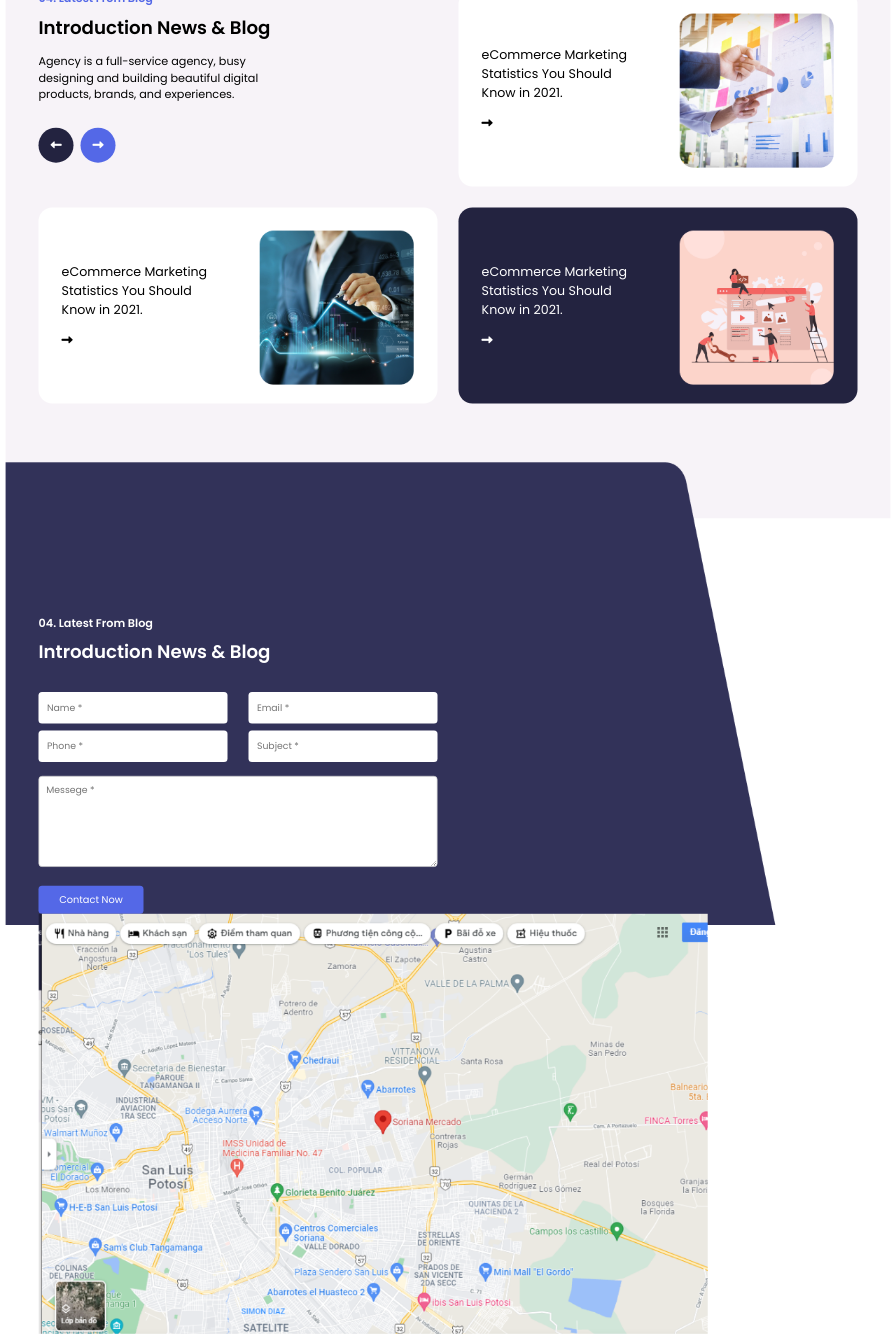
Repository: tranchi0120/LangdingPage-Htmlcss-Ago
Page: index.html
The author's editor kept a copy of each file at every save. The page is drawn from the files as they stood at one save, then again after the next save.
The browser window is 1280 px wide. The pictures show the part of the page from y = 3609 to 5529 px (the page is 5529 px tall), at 70% of full size.
Some web libraries are served in a nearby version. The style sheet was rebuilt from its Sass, Less or Tailwind sources for each picture, by a compiler version that may differ from the author's.

Above is the page before, as saved 2022-07-15 10:11:40.

### index.html
<!DOCTYPE html>
<html lang="en">

<head>
    <meta charset="UTF-8" />
    <meta http-equiv="X-UA-Compatible" content="IE=edge" />
    <meta name="viewport" content="width=device-width, initial-scale=1.0" />
    <title>Ago</title>
    <!-- css -->
    <link rel="stylesheet" href="./css/app.css" />
    <!-- google font  -->
    <link rel="preconnect" href="https://fonts.googleapis.com" />
    <link rel="preconnect" href="https://fonts.gstatic.com" crossorigin />
    <link href="https://fonts.googleapis.com/css2?family=Poppins:wght@400;600&display=swap" rel="stylesheet" />
    <!-- google icon awaresome -->
    <link rel="stylesheet" href="https://cdnjs.cloudflare.com/ajax/libs/font-awesome/6.1.1/css/all.min.css">
    <!-- sass ./sass/app.scss ./css/app.css --watch -->
</head>

<body>
    <header class="header">
        <div class="header-top container">
            <span class="header-top-title">
                Welcome to Ago! Building Creative Business Agency
            </span>
            <div class="header-top-right">
                <div class="header-login">
                    <i class="fa-solid fa-user"></i>
                    <a href="#!" style="color:#666666">Login</a>
                </div>
                <div class="header-nation">
                    <i class="fa-solid fa-globe"></i>
                    <span class="header-language">English</span>
                    <i class="fa-solid fa-angle-down"></i>
                </div>
            </div>
        </div>
        <div class="header-line">
        </div>
        <div class="header-under container">
            <div class="header-under-logo">
                <div class="header-under-image">
                    <img class="header-under-img" src="./images/logo.png" alt="#">
                </div>
                <span class="header-under-name">Ago</span>
            </div>
            <div class="header-menu">
                <ul class="menu">
                    <li class="menu-item">
                        <a href="#" class="menu-link">Home</a>
                    </li>
                    <li class="menu-item">
                        <a href="#" class="menu-link">Features</a>
                        <i class="fa-solid fa-angle-down"></i>
                    </li>
                    <li class="menu-item">
                        <a href="#" class="menu-link">Services</a>
                    </li>
                    <li class="menu-item">
                        <a href="#" class="menu-link">Pages</a>
                    </li>
                    <li class="menu-item">
                        <a href="#" class="menu-link">Blog</a>
                    </li>
                    <li class="menu-item">
                        <a href="#" class="menu-link">Support</a>
                    </li>
                </ul>
                <div class="menu-button">
                    <i class="fa-solid fa-magnifying-glass menu-icon"></i>
                    <div class="button">Contact Us</div>
                </div>
            </div>
        </div>
    </header>
    <main>
        <section class="hero">
            <div class="container">
                <div class="hero-main">
                    <div class="hero-left">
                        <div class="hero-title">
                            Trusted Professional Service.
                        </div>
                        <span class="hero-content">
                            Ago is a full-service agency, busy designing and building beautiful digital products,
                            brands, and
                            experiences.
                        </span>
                        <div class="hero-button">
                            <div class="button">Recent Work</div>
                        </div>
                        <div class="hero-down">
                            <div class="hero-icondown">
                                <i style="color:#ffffff ;" class="fa-solid fa-arrow-down"></i>
                            </div>
                            <p class="hero-scroll">
                                Scroll Down
                            </p>
                        </div>
                    </div>
                    <div class="hero-right">
                        <img src="./images/hero.png" alt="#">
                    </div>
                </div>
            </div>
        </section>
        <section class="about">
            <div class="container">
                <div class="about-main">
                    <div class="about-images">
                        <img src="./images/about1.png" alt="#" class="about-img1">
                        <img src="./images/about2.png" alt="#" class="about-img2">
                        <img src="./images/about3.png" alt="#" class="about-img3">
                    </div>
                    <div class="about-us">
                        <h5 class="about-number">
                            01. About Us
                        </h5>
                        <div class="about-title">
                            We Make Designs that Lead and Inpire.
                        </div>
                        <div class="about-name">
                            A design team building a created
                            marketplace for UI designers.
                        </div>
                        <div class="about-content">
                            2,360 curated design resources to energize your creative workflow. We're a growing family of
                            682,268 designers and makers from around the world
                        </div>
                        <div class="menu-button">
                            <div class="button">Contact Us</div>
                        </div>
                    </div>
                </div>
            </div>
        </section>
        <section class="interactive">
            <div class="container">
                <div class="interactive-main">
                    <h5 class="interactive-number">
                        02. What We Do
                    </h5>
                    <div class="interactive-title">
                        <span class="interactive-name">
                            We Make Designs that Lead and Inpire.
                        </span>
                        <i class="fa-solid fa-left-long interactive-iconleft"></i>
                        <i class="fa-solid fa-right-long"></i>
                    </div>
                    <div class="interactive-group">
                        <div class="interactive-box">
                            <div class="row-circle">
                                <img class="row-img" src="./images/row1.png" alt="#">
                                <h2 class="row-number">
                                    26k
                                </h2>
                                <span class="row-title">
                                    Happy Clients
                                </span>
                            </div>
                            <div class="row-circle2">
                                <img class="row-img" src="./images/row2.png" alt="#">
                                <h2 class="row-number2">
                                    76k
                                </h2>
                                <span class="row-title2">
                                    Project Done
                                </span>
                                <span class="row-content2">
                                    Lorem ipsum dolor sit amet, consectetur adipiscing elit. Mauris sapien egestas augue
                                    enim amet scelerisque.
                                </span>
                            </div>
                            <div class="row-circle">
                                <img class="row-img" src="./images/row3.png" alt="#">
                                <h2 class="row-number">
                                    20k
                                </h2>
                                <span class="row-title">
                                    AWARDS WON
                                </span>
                            </div>
                            <div class="row-circle">
                                <img class="row-img" src="./images/row4.png" alt="#">
                                <h2 class="row-number">
                                    20k
                                </h2>
                                <span class="row-title">
                                    DAILY DATA INPUT
                                </span>
                            </div>
                        </div>
                    </div>
                </div>
            </div>
        </section>
        <section class="service">
            <div class="container">
                <h5 class="service-number">
                    03. Our Services
                </h5>
                <div class="service-title">
                    <span class="service-name">
                        Welcome to Our Professional Service
                    </span>
                </div>
                <div class="service-main">
                    <div class="service-left">
                        <h2 class="service-left-title">
                            Professional Website
                            Design Consulting
                        </h2>
                        <p class="service-left-content">
                            Agency is a full-service agency, busy designing and building beautiful digital products,
                            brands, and experiences.
                        </p>
                        <div class="menu-button">
                            <div class="button">View Detail</div>
                        </div>
                        <div class="service-left-images">
                            <img src="./images/service1.png" alt="#" class="service-left-img">
                            <img src="./images/service2.png" alt="#" class="service-left-img">
                            <img src="./images/service3.png" alt="#" class="service-left-img">
                        </div>
                    </div>
                    <div class="service-right">
                        <img src="./images/service4.png" alt="#" class="service-right-img">
                    </div>
                </div>
                <div class="service-bottom">
                    <div class="service-box">
                        <div class="service-box-imgs">
                            <img src="./images/logo1.png" alt="#" class="service-box-img">
                        </div>
                        <div class="service-box-text">
                            <h2 class="service-box-title">CREATIVE</h2>
                            <p class="service-box-slogan">YOUR SLOGAN HERE</p>
                        </div>
                    </div>
                    <div class="service-box">
                        <div class="service-box-imgs">
                            <img src="./images/logo2.png" alt="#" class="service-box-img">
                        </div>
                        <div class="service-box-text">
                            <h2 class="service-box-title">CREATIVE</h2>
                            <p class="service-box-slogan">YOUR SLOGAN HERE</p>
                        </div>
                    </div>
                    <div class="service-box">
                        <div class="service-box-imgs">
                            <img src="./images/logo3.png" alt="#" class="service-box-img">
                        </div>
                        <div class="service-box-text">
                            <h2 class="service-box-title">COMPANY</h2>
                            <p class="service-box-slogan">YOUR SLOGAN HERE</p>
                        </div>
                    </div>
                    <div class="service-box">
                        <div class="service-box-imgs">
                            <img src="./images/logo4.png" alt="#" class="service-box-img">
                        </div>
                        <div class="service-box-text">
                            <h2 class="service-box-title">CREATIVE</h2>
                            <p class="service-box-slogan">YOUR SLOGAN HERE</p>
                        </div>
                    </div>
                    <div class="service-box">
                        <div class="service-box-imgs">
                            <img src="./images/logo5.png" alt="#" class="service-box-img">
                        </div>
                        <div class="service-box-text">
                            <h2 class="service-box-title">COMPANY</h2>
                            <p class="service-box-slogan">YOUR SLOGAN HERE</p>
                        </div>
                    </div>
                    <div class="service-box">
                        <div class="service-box-imgs">
                            <img src="./images/logo6.png" alt="#" class="service-box-img">
                        </div>
                        <div class="service-box-text">
                            <h2 class="service-box-title">CREATIVE</h2>
                            <p class="service-box-slogan">YOUR SLOGAN HERE</p>
                        </div>
                    </div>
                </div>
            </div>
        </section>
        <section class="latest">
            <div class="container">
                <div class="latest-main">
                    <div class="latest-group">
                        <h5 class="latest-number">
                            04. Latest From Blog
                        </h5>
                        <span class="latest-title">
                            Introduction News & Blog
                        </span>
                        <p class="latest-content">
                            Agency is a full-service agency, busy designing and building beautiful digital products,
                            brands, and experiences.
                        </p>
                        <div class="latest-icon">
                            <div class="latest-icon-left">
                                <i class="fa-solid fa-left-long"></i>
                            </div>
                            <div class="latest-icon-right">
                                <i class="fa-solid fa-right-long"></i>
                            </div>
                        </div>
                    </div>
                    <div class="latest-groups">
                        <div class="latest-box">
                            <p class="latest-text">
                                eCommerce Marketing
                                Statistics You Should
                                Know in 2021.
                            </p>
                            <i class="fa-solid fa-right-long"></i>
                        </div>
                        <div class="latest-image">
                            <img src="./images/latest1.png" alt="#" class="latest-img">
                        </div>
                    </div>
                    <div class="latest-groups">
                        <div class="latest-box">
                            <p class="latest-text">
                                eCommerce Marketing
                                Statistics You Should
                                Know in 2021.
                            </p>
                            <i class="fa-solid fa-right-long"></i>
                        </div>
                        <div class="latest-image">
                            <img src="./images/latest2.png" alt="#" class="latest-img">
                        </div>
                    </div>
                    <div class="latest-groups3">
                        <div class="latest-box3">
                            <p class="latest-text3">
                                eCommerce Marketing
                                Statistics You Should
                                Know in 2021.
                            </p>
                            <i class="fa-solid fa-right-long"></i>
                        </div>
                        <div class="latest-image">
                            <img src="./images/latest3.png" alt="#" class="latest-img">
                        </div>
                    </div>
                </div>
            </div>
        </section>
        <section class="contact">
            <img class="contact-background" src="./images/background.png" alt="#">
            <div class="container">
                <div class="contact-main">
                    <div class="contact-left">
                        <h5 class="contact-left-number">
                            04. Latest From Blog
                        </h5>
                        <span class="contact-left-title">
                            Introduction News & Blog
                        </span>
                        <div class="contact-left-import">
                            <input class="contact-left-input" type="text" placeholder="Name *">
                            <input class="contact-left-input" type="text" placeholder="Email *">
                            <input class="contact-left-input" type="text" placeholder="Phone *">
                            <input class="contact-left-input" type="text" placeholder="Subject *">
                        </div>
                        <textarea class="contact-left-textarea" name="text" id="#" cols="30" rows="10"
                            placeholder="Messege *"></textarea>
                        <div class="menu-button">
                            <div class="button">Contact Now</div>
                        </div>
                    </div>
                    <div class="contact-right">
                        <img src="./images/bando.png" alt="#">
                    </div>
                </div>
            </div>
        </section>
    </main>
    <footer>
    </footer>
</body>

</html>

### sass/app.scss
@import "global";
@import "header";
@import "menu";
@import "variable";
@import "hero";
@import "about";
@import "interactive";
@import "row";
@import "service";
@import "latest";
@import "contact";

### sass/_global.scss
.container {
    max-width: 1170px;
    margin: 0 auto;
}
.body {
    background: #ffffff;
}
* {
    box-sizing: border-box;
    font-family: "Poppins", sans-serif;
}
a {
    text-decoration: none;
}
ul {
    list-style-type: none !important;
}
.button {
    border: none;
    padding: auto;
    width: 150px;
    background: #5468e7;
    height: 40px;
    text-align: center;
    justify-content: center;
    padding: 7px;
    border-radius: 5px;
    color: white;
    font-size: 14px;
    line-height: 21px;
    padding: 10px;
}

### sass/_header.scss
.header {
    &-top {
        max-width: 1170px;
        margin: 0 auto;
        color: #666666;
        display: flex;
        justify-content: space-between;
        align-items: center;
        padding: 10px;
        &-right {
            display: flex;
            gap: 20px;
        }
    }
    &-line {
        width: 100%;
        height: 1px;
        background-color: #c7c2c2;
    }
    &-under {
        height: 96px;
        display: flex;
        gap: 0 85px;
        align-items: center;
        &-logo {
            display: flex;
        }
        &-image {
            width: 52.5px;
            height: 60px;
        }
        &-img {
            width: 100%;
        }
        &-name {
            padding: 10px;
            line-height: 39px;
            font-weight: 600;
            font-size: 26px;
            color: #000000;
        }
    }
    &-menu {
        gap: 195px;
        display: flex;
    }
}

### sass/_menu.scss
.menu {
    height: 24px;
    width: 550px;
    display: flex;
    justify-content: space-between;
    align-items: center;
    // gap: 40px;
    &-button {
        display: flex;
        gap: 29px;
    }
    &-icon {
        width: 18px;
        display: inline-block;
        padding-top: 15px;
        color: #666666;
    }

    &-link {
        color: #000000;
        font-weight: 400;
        font-size: 16px;
        line-height: 24px;
    }
}

### sass/_variable.scss
$font: "Poppins", sans-serif;
$color1: #232340;
$color2: #323259;
$color-btn: #5468e7;
$black: #222222;
$white: #ffffff;

### sass/_hero.scss
.hero {
    height: 800px;
    margin-top: 55px;
    &-main {
        display: flex;

        align-items: center;
    }
    &-title {
        width: 260px;
        line-height: 60px;
        font-weight: 600;
        font-size: 40px;
        margin-bottom: 23px;
    }
    &-content {
        height: 46px;
        width: 317px;
        font-weight: 400;
        font-size: 16px;
        display: inline-block;
        margin-bottom: 60px;
        margin-right: 147px;
    }
    &-down {
        margin-top: 114px;
        display: flex;
        gap: 9px;
    }
    &-icondown {
        border-radius: 50%;
        width: 45px;
        height: 45px;
        text-align: center;
        padding: 13px;
        background: #c897e4;
    }
}

### sass/_interactive.scss
.interactive {
    background: #f7f3f8;
    height: 752px;
    &-number {
        margin-bottom: 10px;
        margin-top: 100px;
        display: inline-block;
        color: #5468e7;
        font-size: 16px;
        line-height: 24px;
        font-weight: 600;
    }
    &-name {
        display: inline-block;
        line-height: 39px;
        font-size: 26px;
        font-weight: 600;
        margin-bottom: 75px;
    }
    &-iconleft {
        margin-right: 19px;
        margin-left: 594px;
    }
    &-box {
        max-height: 360px;
        background: white;
        display: grid;
        grid-template-columns: repeat(4, 1fr) !important;
        border-radius: 30px;
    }
}

### sass/_row.scss
.row {
    &-img {
        padding: 45px 85px 15px 105px;
    }
    &-number {
        text-align: center;
        font-size: 40px;
        line-height: 60px;
        font-weight: 600;
    }
    &-title {
        font-size: 20px;
        line-height: 30px;
        font-weight: 600;
        display: block;
        text-align: center;
    }
    &-content {
        display: block;
        font-size: 12px;
        line-height: 18px;
        text-align: center;
    }
    &-circle2 {
        color: white;
        margin-top: -40px;
        height: 440px;
        background: #5468e7;
        border-radius: 30px;
    }
    &-number2 {
        text-align: center;
        font-size: 40px;
        line-height: 60px;
        font-weight: 600;
    }
    &-title2 {
        font-size: 20px;
        line-height: 30px;
        font-weight: 600;
        display: block;
        text-align: center;
    }
    &-content2 {
        margin-top: 12px;
        display: block;
        font-size: 12px;
        line-height: 18px;
        text-align: center;
    }
}

Loaded but not shown: sass/_service.scss (94 lines, source omitted); sass/_latest.scss (87 lines, source omitted); sass/_about.scss (57 lines, source omitted); sass/_contact.scss (47 lines, source omitted)

After the next save:
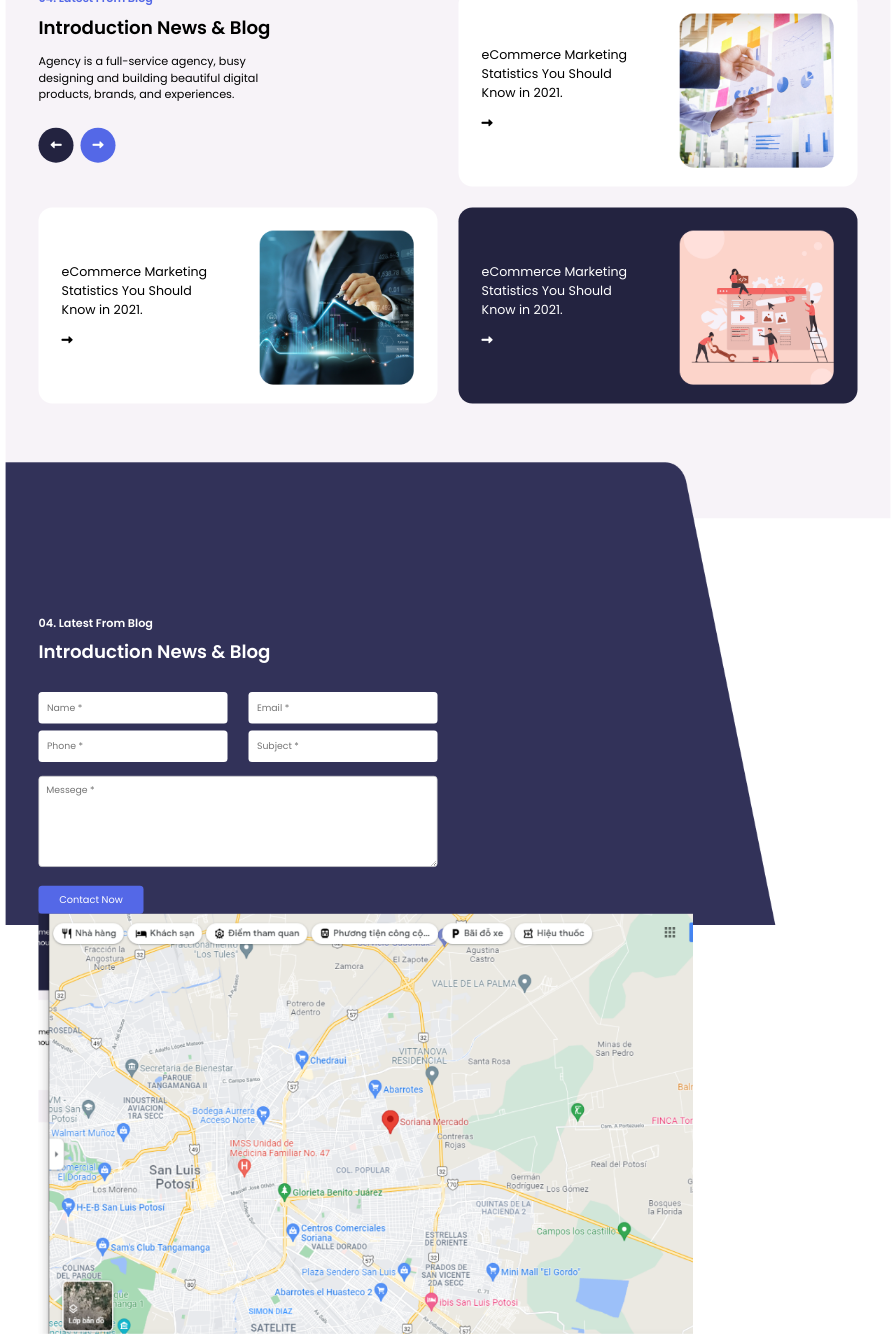
Saved 99 s later.
--- a/index.html
+++ b/index.html
@@ -374,7 +374,7 @@
                         </div>
                     </div>
                     <div class="contact-right">
-                        <img src="./images/bando.png" alt="#">
+                        <img src="./images/map.png" alt="#">
                     </div>
                 </div>
             </div>
